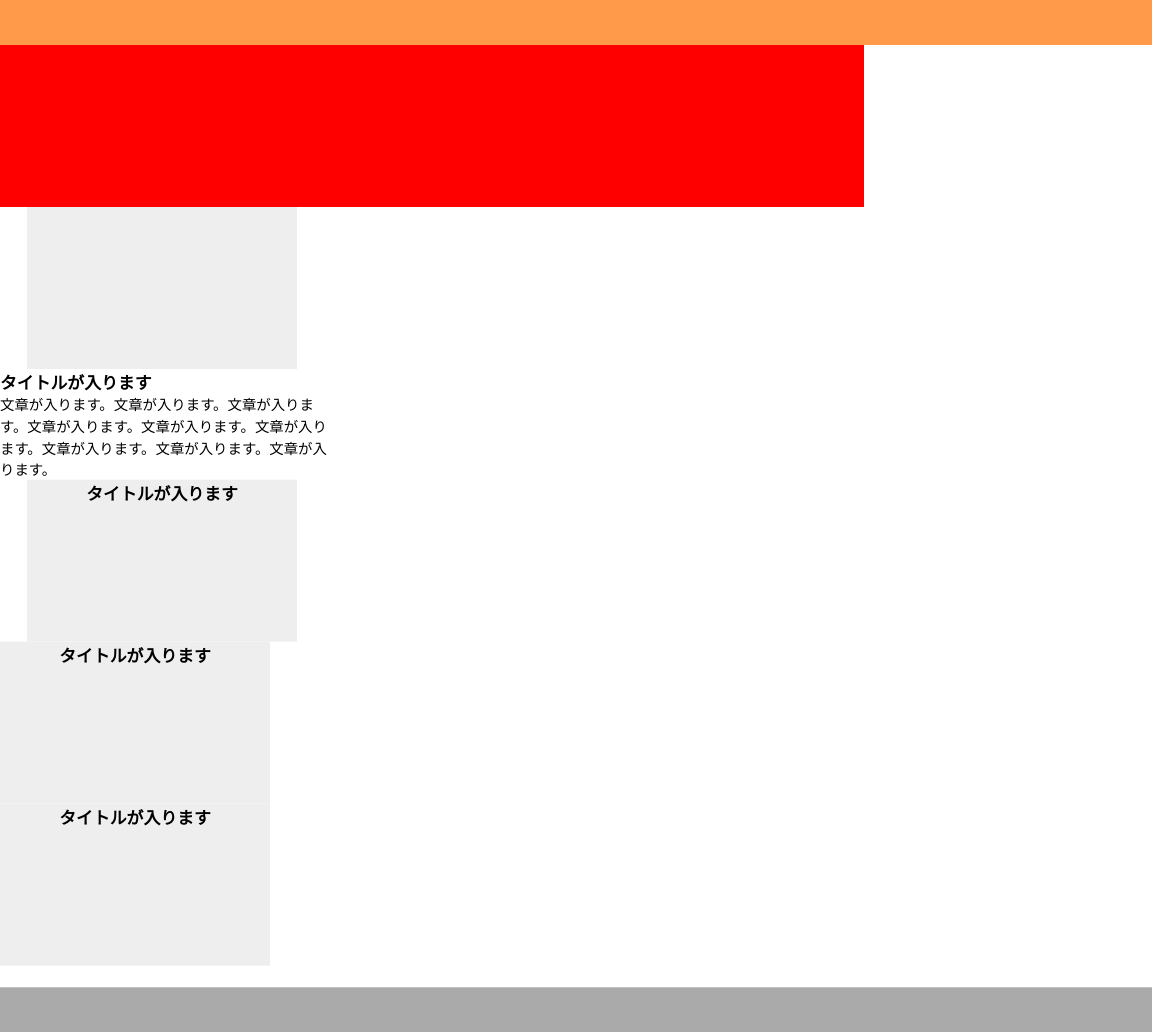
Repository: yesohnuki/shinya-ohnuki
Page: caravan/10.html
The author's editor kept a record of every edit. The page is drawn from the files as they stood at one moment, then again after the next edit.
The browser window is 1280 px wide. The pictures show the whole page, at 90% of full size.

Above is the page before.

After the next edit:
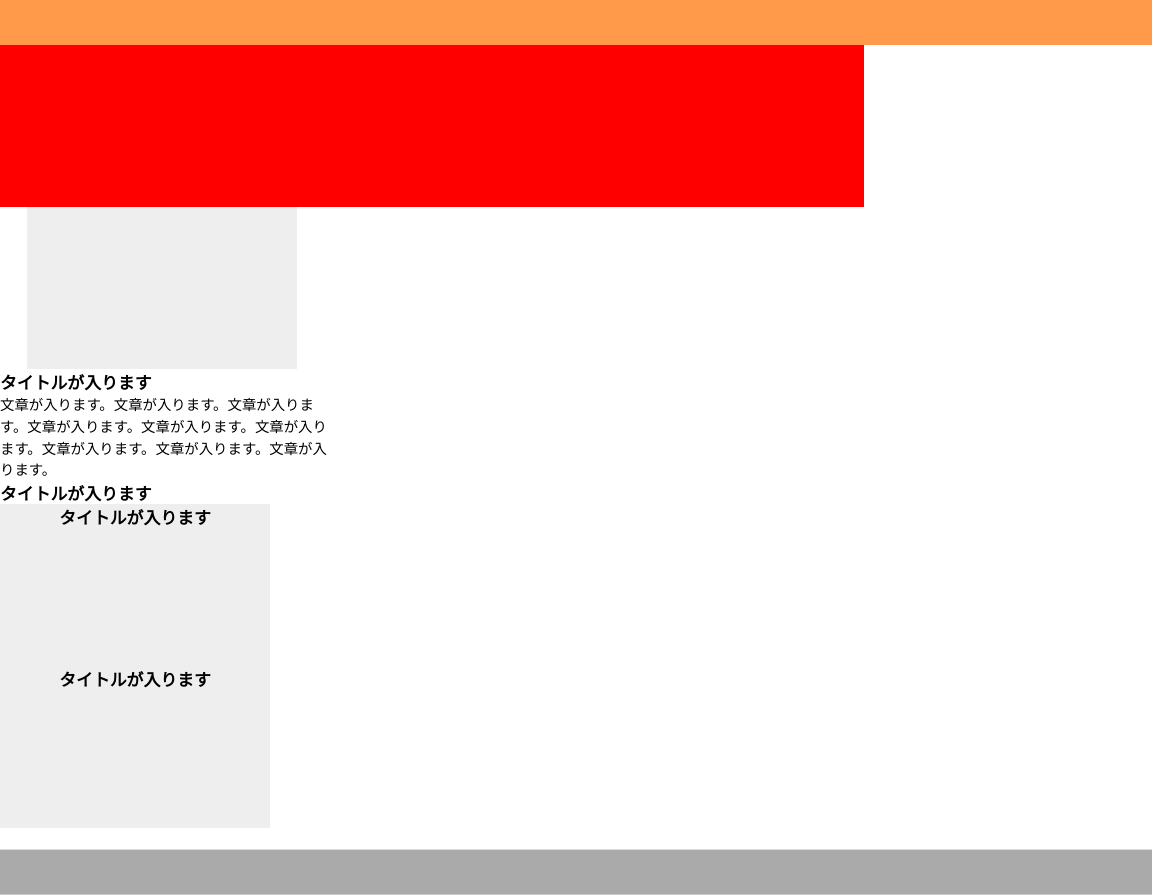
The edit:
--- a/caravan/10.html
+++ b/caravan/10.html
@@ -21,7 +21,6 @@
           ります。<br />
         </p>
 
-      <section class="blog">
        <h3 class="blog-heading">タイトルが入ります</h3>
       </section>
 
